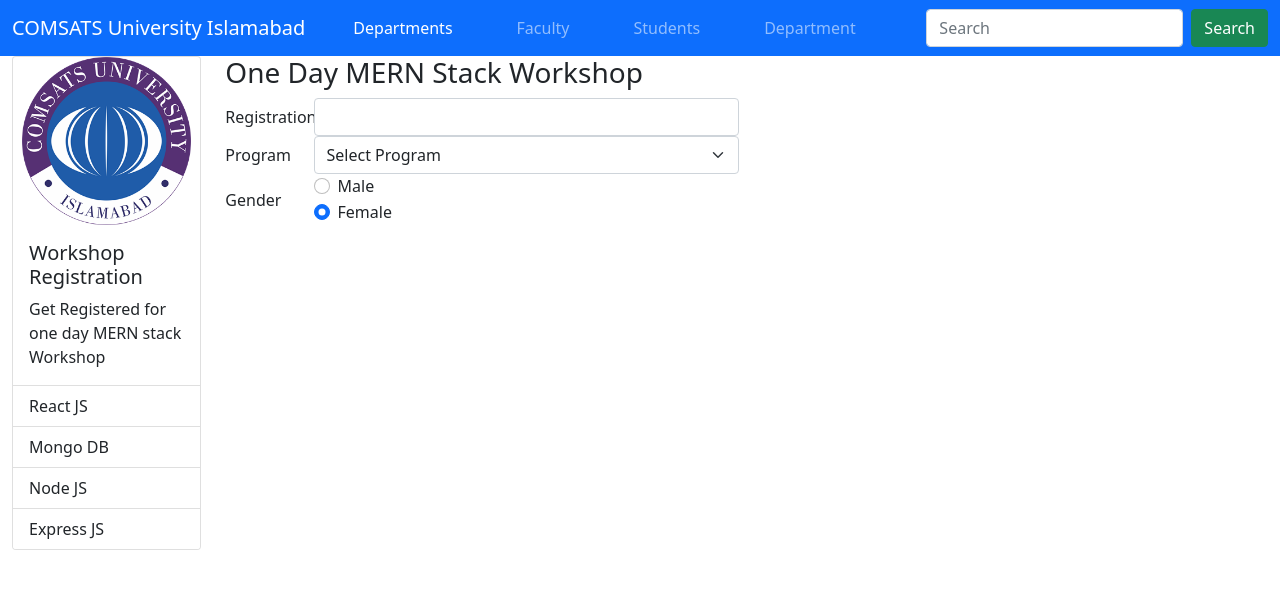
Repository: SaudCh/Web-Mid-Exams
Page: /register
An editor plug-in stored every save of this project. The page is shown before and after the next save, followed by the edit.
The browser window is 1280 px wide. The pictures show the whole page.
The project was rebuilt for these pictures with package versions that can differ from the ones it lists, and the page was loaded fresh each time.

Above is the page before, as saved 2021-11-22 11:06:59.

### src/App.js
import React from "react";
import { BrowserRouter as Router, Switch, Route } from "react-router-dom";
import "../node_modules/bootstrap/dist/css/bootstrap.min.css";
import "../node_modules/bootstrap/dist/js/bootstrap.bundle.min";
import Header from "./Shared/Header";
import SideBar from "./Shared/SideBar";
import Register from "./Register/register";

export default function App() {
  return (
    <Router>
      <Header />
      <div className="container-fluid">
        <div className="row">
          <div className="col-2">
            <SideBar />
          </div>
          <div className="col-10">
            <Switch>
              <Route path="/" exact>
                <div></div>
              </Route>
              <Route path="/register/" exact>
                <Register />
              </Route>
            </Switch>
          </div>
        </div>
      </div>
    </Router>
  );
}

### src/Shared/Header.jsx
import React from "react";
import { Link } from "react-router-dom";
export default function Header() {
  return (
    <nav class="navbar navbar-expand-lg navbar-dark bg-primary">
      <div class="container-fluid">
        <Link to="/" class="navbar-brand" href="#">
          COMSATS University Islamabad
        </Link>
        <button
          class="navbar-toggler"
          type="button"
          data-bs-toggle="collapse"
          data-bs-target="#navbarSupportedContent"
          aria-controls="navbarSupportedContent"
          aria-expanded="false"
          aria-label="Toggle navigation"
        >
          <span class="navbar-toggler-icon"></span>
        </button>
        <div class="collapse navbar-collapse" id="navbarSupportedContent">
          <ul class="navbar-nav me-auto mb-2 mb-lg-0">
            <li class="nav-item mx-md-4">
              <Link to="/" class="nav-link active" aria-current="page" href="#">
                Departments
              </Link>
            </li>
            <li class="nav-item mx-md-4">
              <Link to="/" class="nav-link" href="#">
                Faculty
              </Link>
            </li>

            <li class="nav-item mx-md-4">
              <Link
                to="/"
                class="nav-link"
                href="#"
                tabindex="-1"
                aria-disabled="true"
              >
                Students
              </Link>
            </li>
            <li class="nav-item mx-md-4">
              <Link
                to="/"
                class="nav-link"
                href="#"
                tabindex="-1"
                aria-disabled="true"
              >
                Department
              </Link>
            </li>
          </ul>
          <form class="d-flex">
            <input
              class="form-control me-2"
              type="search"
              placeholder="Search"
              aria-label="Search"
            />
            <button
              class="btn btn-outline-success btn-success text-white"
              type="submit"
            >
              Search
            </button>
          </form>
        </div>
      </div>
    </nav>
  );
}

### src/Shared/SideBar.jsx
import React from "react";
import logo from "../public/comsats-logo.png";

export default function SideBar() {
  return (
    <div class="card">
      <img
        src={logo}
        class="card-img-top"
        style={{ width: "90%", alignSelf: "center" }}
        alt="..."
      />
      <div class="card-body">
        <h5 class="card-title">Workshop Registration</h5>
        <p class="card-text">Get Registered for one day MERN stack Workshop</p>
      </div>
      <ul class="list-group list-group-flush">
        <li class="list-group-item">React JS</li>
        <li class="list-group-item">Mongo DB</li>
        <li class="list-group-item">Node JS</li>
        <li class="list-group-item">Express JS</li>
      </ul>
    </div>
  );
}

### src/Register/register.jsx
import React from "react";

export default function register() {
  return (
    <div>
      <h3>One Day MERN Stack Workshop</h3>
      <form>
        {/*********Registration********** */}
        <div class="row g-3 align-items-center">
          <div class="col-1">
            <label for="registration" class="col-form-label">
              Registration
            </label>
          </div>
          <div class="col-5">
            <input
              type="text"
              id="registration"
              class="form-control"
              aria-describedby="passwordHelpInline"
            />
          </div>
        </div>
        {/*********Program****** */}
        <div class="row g-3 align-items-center">
          <div class="col-1">
            <label for="program" class="col-form-label">
              Program
            </label>
          </div>
          <div class="col-5">
            <select id="program" class="form-select">
              <option>Select Program</option>
            </select>
          </div>
        </div>
        {/*********Gender****** */}
        <div class="row g-3 align-items-center">
          <div class="col-1">
            <label for="gender" class="col-form-label">
              Gender
            </label>
          </div>
          <div class="col-5">
            <div class="form-check">
              <input
                class="form-check-input"
                type="radio"
                name="flexRadioDefault"
                id="flexRadioDefault1"
              />
              <label class="form-check-label" for="flexRadioDefault1">
                Male
              </label>
            </div>
            <div class="form-check">
              <input
                class="form-check-input"
                type="radio"
                name="flexRadioDefault"
                id="flexRadioDefault2"
                checked
              />
              <label class="form-check-label" for="flexRadioDefault2">
                Female
              </label>
            </div>
          </div>
        </div>
      </form>
    </div>
  );
}

Loaded but not shown: public/index.html (common file); src/index.js (common file); src/index.css (common file); src/reportWebVitals.js (common file)

After the next save:
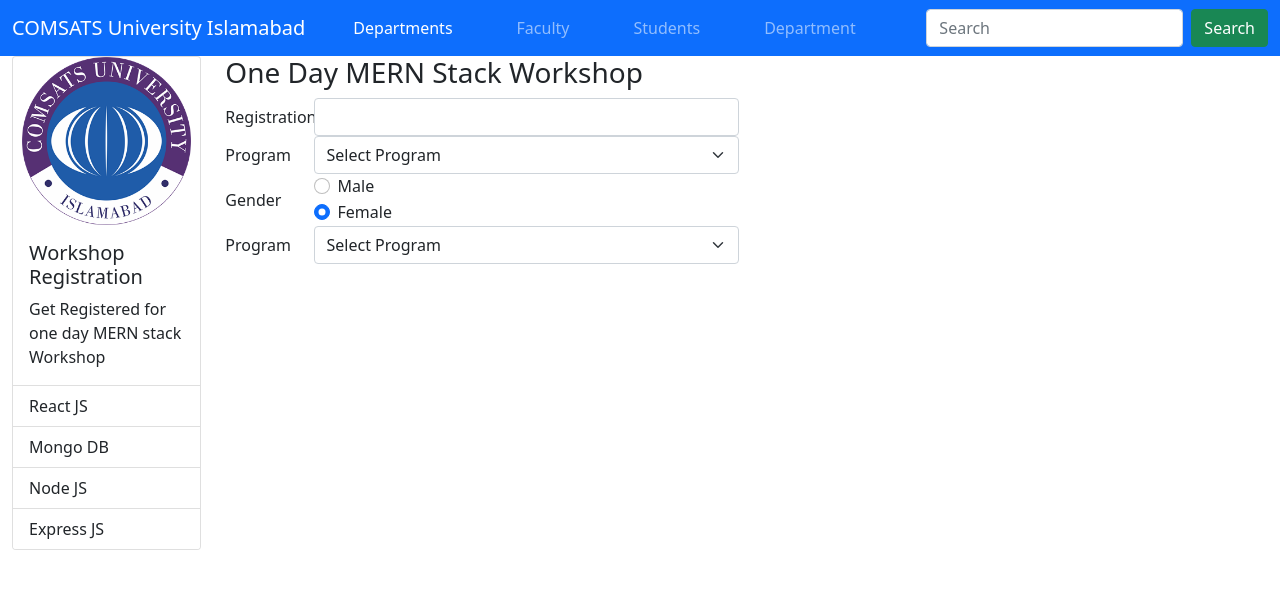
Saved 37 s later.
--- a/src/Register/register.jsx
+++ b/src/Register/register.jsx
@@ -47,7 +47,7 @@
                 class="form-check-input"
                 type="radio"
                 name="flexRadioDefault"
-                id="flexRadioDefault1"
+                id="gender"
               />
               <label class="form-check-label" for="flexRadioDefault1">
                 Male
@@ -58,7 +58,7 @@
                 class="form-check-input"
                 type="radio"
                 name="flexRadioDefault"
-                id="flexRadioDefault2"
+                id="gender"
                 checked
               />
               <label class="form-check-label" for="flexRadioDefault2">
@@ -67,6 +67,19 @@
             </div>
           </div>
         </div>
+        {/*********Program****** */}
+        <div class="row g-3 align-items-center">
+          <div class="col-1">
+            <label for="program" class="col-form-label">
+              Program
+            </label>
+          </div>
+          <div class="col-5">
+            <select id="program" class="form-select">
+              <option>Select Program</option>
+            </select>
+          </div>
+        </div>
       </form>
     </div>
   );
